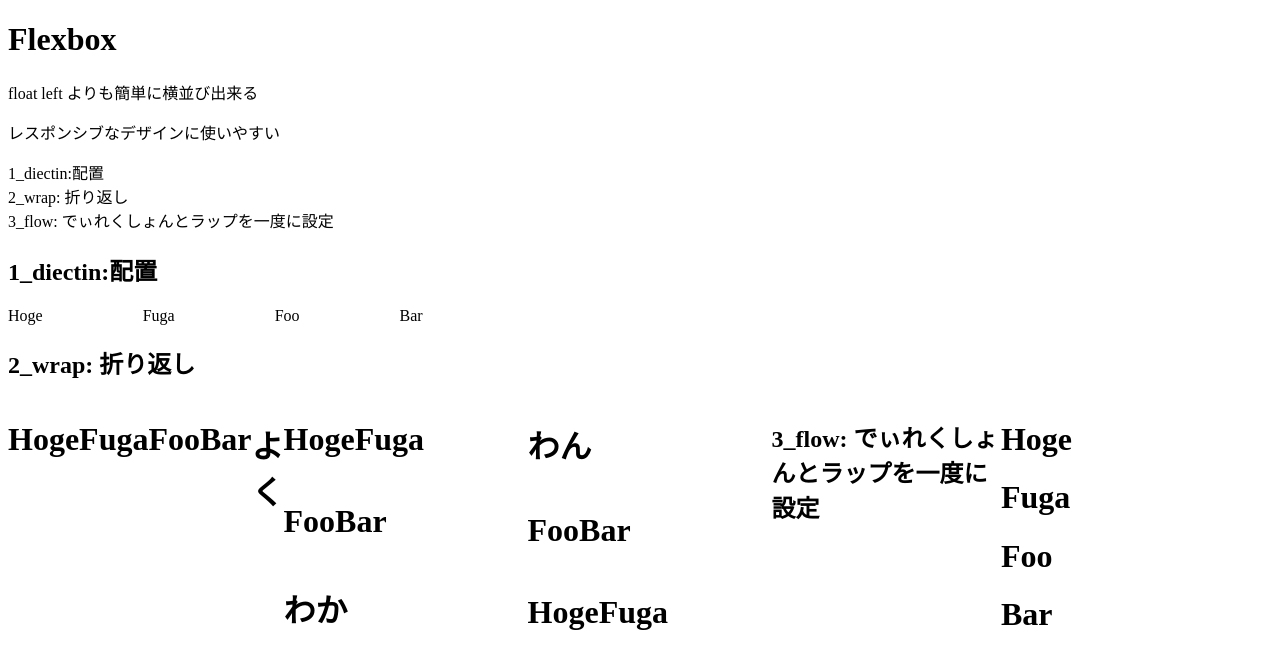
Repository: YokoInoue-u/samurai_HTML-CSS
Page: chap14.html
The author's editor kept a record of every edit. The page is drawn from the files as they stood at one moment, then again after the next edit.
The browser window is 1280 px wide. The pictures show the whole page.

Above is the page before.

After the next edit:
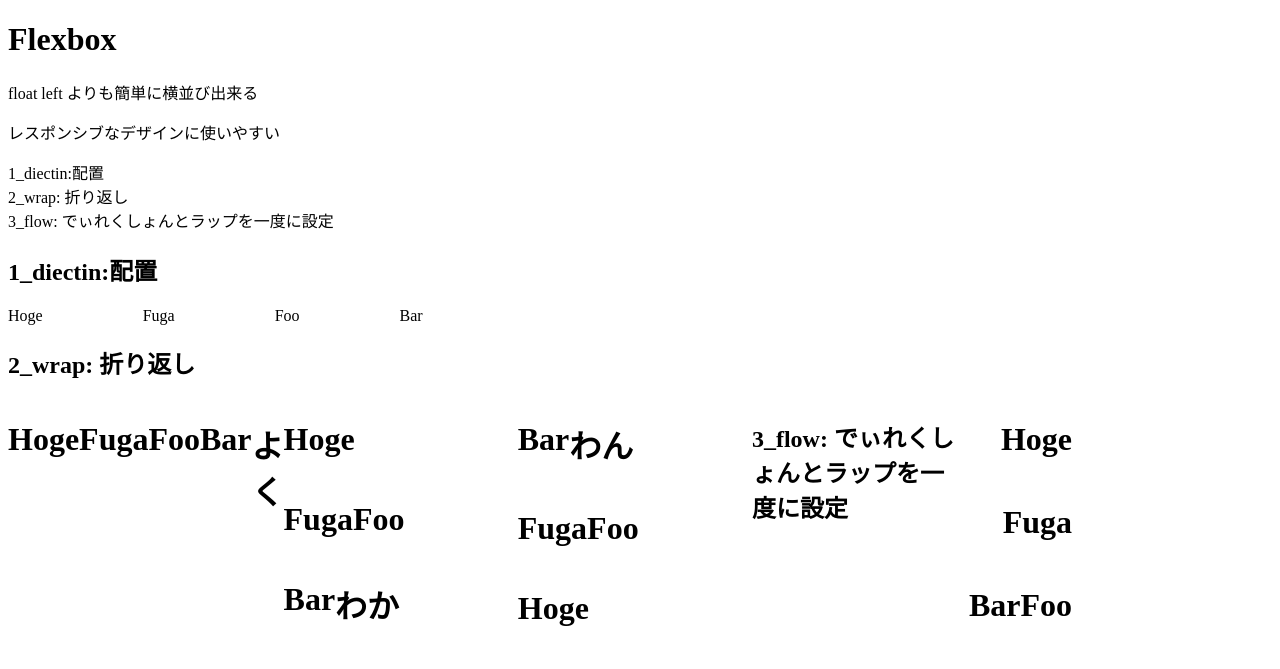
The edit:
--- a/chap14.html
+++ b/chap14.html
@@ -26,6 +26,10 @@
             #reverse {
                 display: flex;
                 flex-wrap:wrap-reverse;
+            }
+            #flex-flow {
+                display: flex;
+                flex-flow: row-reverse wrap;
             }
     </style>
 </head>
